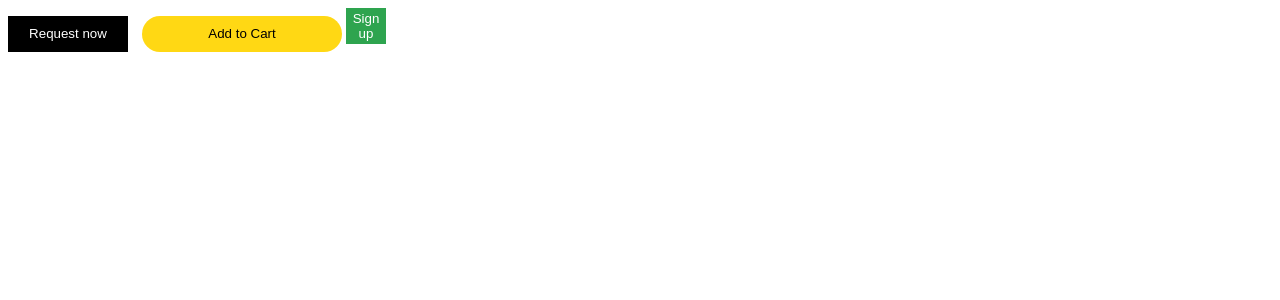
Repository: Kurumilli/Youtube
Page: Exercise2.html
These files come from the project's save history. The page is drawn as it stood at one moment and after the next save; the edit follows.
The browser window is 1280 px wide. The pictures show the whole page.

Above is the page before, as saved 2025-01-23 20:34:37.

### Exercise2.html
<html>
    <body>
        <style>
            .uber{
                background-color: black;
                color: white;
                height:36px;
                border: none;
                width: 120px;
                margin-right: 10px;
            }

            .amazon{
                background-color: rgb(255,216,20);
                height: 36px;
                width: 200px;
                border-radius: 18px;
                border: none;
            }

            .Github{
                background-color: rgb(46,164,79);
                color: White;
                border: none;
                height: 36px;
                width: 40px;
            }
        </style>

        <button class="uber">
                Request now
        </button>

        <button class="amazon">
            Add to Cart
        </button>

        <button class="Github">
            Sign up
        </button>


    </body>
</html>

After the next save:
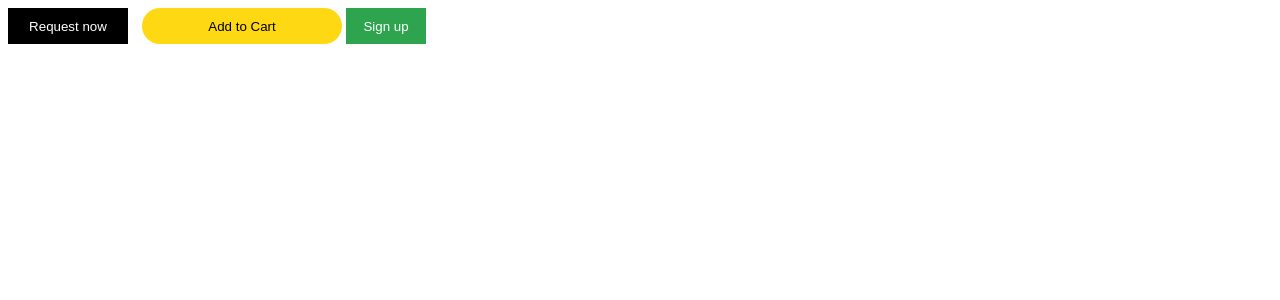
Saved 5 s later.
--- a/Exercise2.html
+++ b/Exercise2.html
@@ -23,7 +23,7 @@
                 color: White;
                 border: none;
                 height: 36px;
-                width: 40px;
+                width: 80px;
             }
         </style>
 
